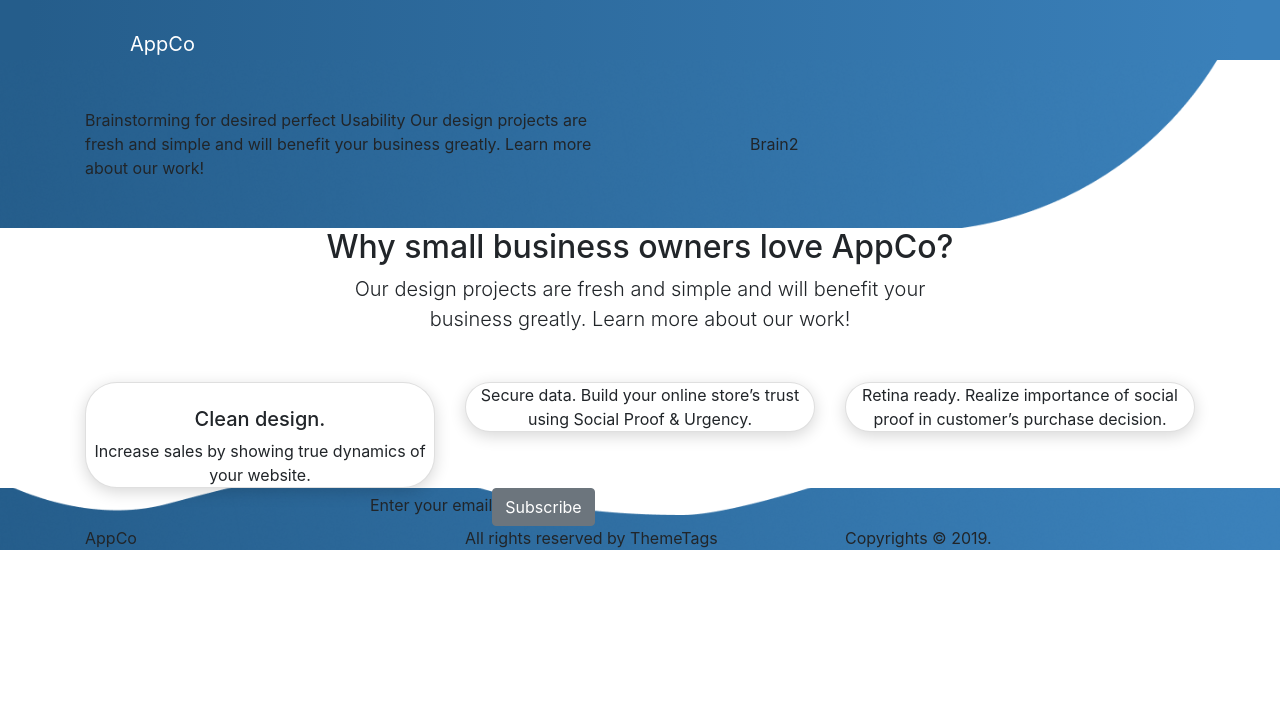
Repository: andbilous/user-statistics-app
Page: /
An editor plug-in stored every save of this project. The page is shown before and after a run of saves, followed by the edit.
The browser window is 1280 px wide. The pictures show the whole page.
The project was rebuilt for these pictures with package versions that can differ from the ones it lists, and the page was loaded fresh each time.

Above is the page before, as saved 2020-06-19 15:38:55.

After the next 19 saves:
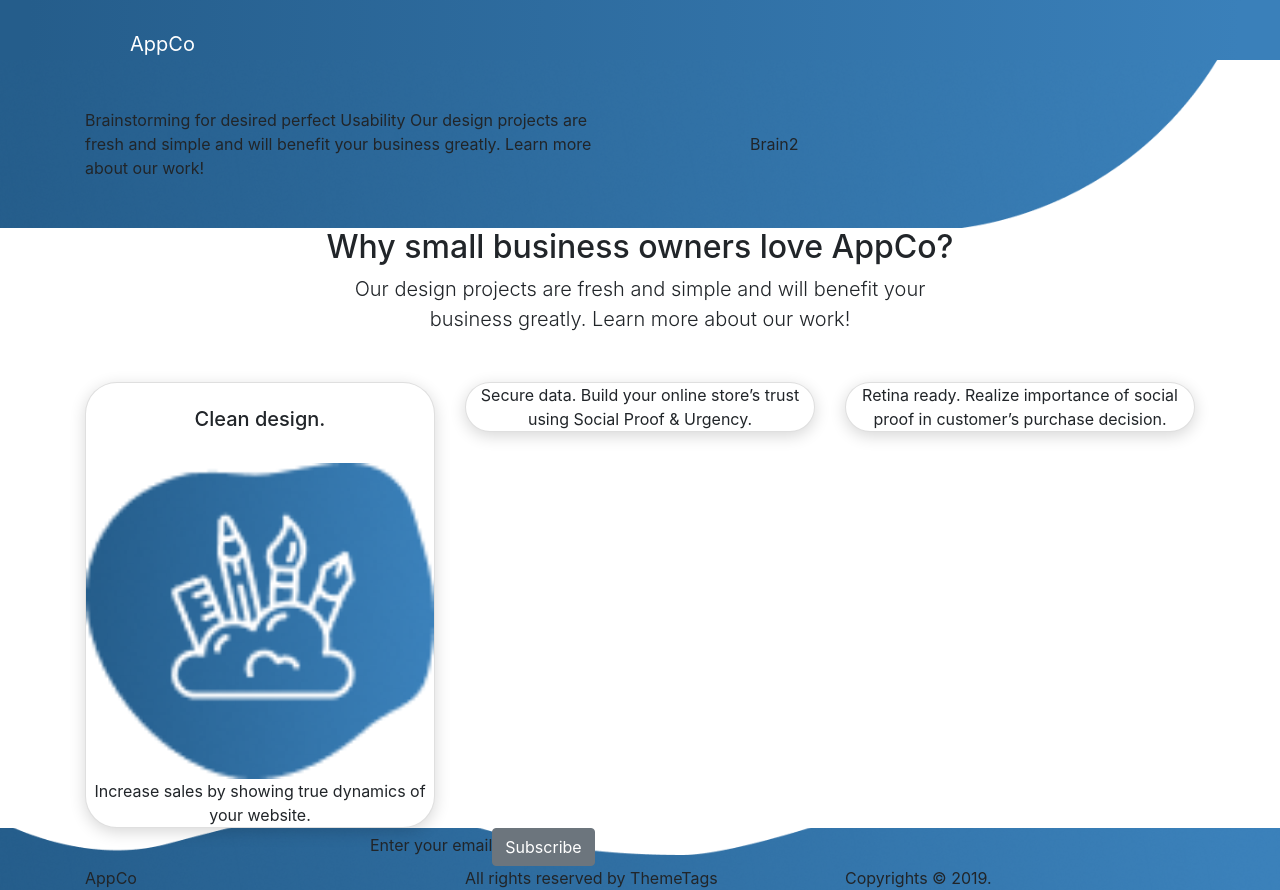
The 19 saves are shown as one change because 1 did not build or start and some came seconds apart.
The last was saved 48 s later.
--- a/src/components/reasons/index.js
+++ b/src/components/reasons/index.js
@@ -23,7 +23,9 @@ const Reasons = () => {
                 <div className='pt-4'>
                   <h5>Clean design.</h5>
                 </div>
-                <div className=''></div>
+                <div className='reasons-img mt-4'>
+                <img src='../../img/1.png'></img>
+                </div>
                 Increase sales by showing true dynamics of your website.
               </Card>
             </Col>
